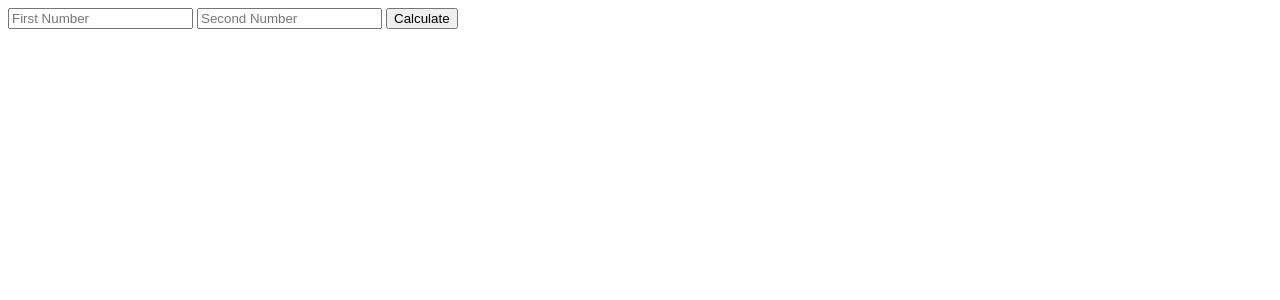
Repository: mjcanon4/express-add
Page: index.html
These files come from the project's save history. The page is drawn as it stood at one moment and after the next save; the edit follows.
The browser window is 1280 px wide. The pictures show the whole page.

Above is the page before, as saved 2021-02-15 13:19:05.

### index.html
<!DOCTYPE html>
<html lang="en">
  <head>
    <meta charset="UTF-8" />
    <meta name="viewport" content="width=device-width, initial-scale=1.0" />
    <title>Calculator</title>
  </head>
  <body>
    <form action="index.html" method="post">
      <input type="text" name="num1" placeholder="First Number" />
      <input type="text" name="num2" placeholder="Second Number" />
      <button type="submit" name="submit">Calculate</button>
    </form>
  </body>
</html>

After the next save:
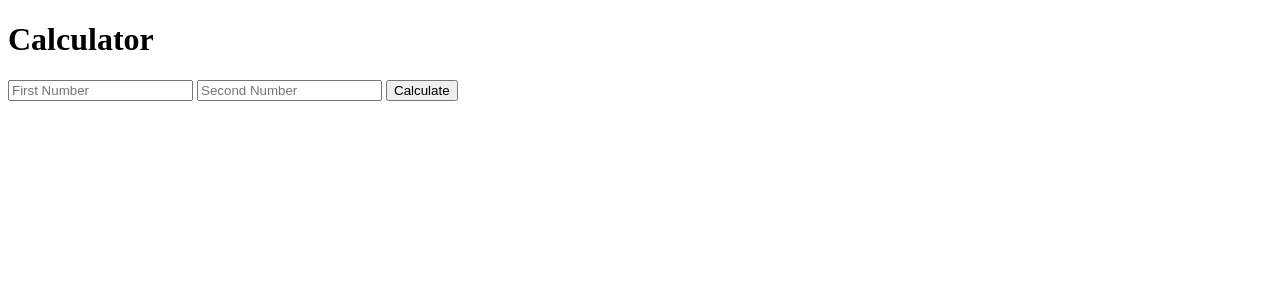
Saved 43 s later.
--- a/index.html
+++ b/index.html
@@ -6,6 +6,7 @@
     <title>Calculator</title>
   </head>
   <body>
+    <h1>Calculator</h1>
     <form action="index.html" method="post">
       <input type="text" name="num1" placeholder="First Number" />
       <input type="text" name="num2" placeholder="Second Number" />
